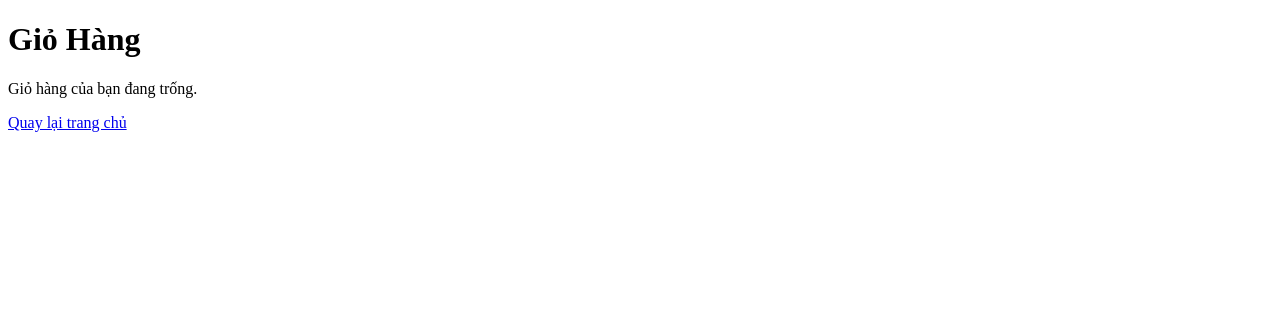
Repository: Thang871/web-thoi-trang
Page: http://localhost/cart
These files come from the project's save history. The page is drawn as it stood at one moment and after the next save; the edit follows.
The browser window is 1280 px wide. The pictures show the whole page.
The page is served by the project's application, run on Flask 3 (app.py).

Above is the page before, as saved 2024-12-02 07:52:41.

### templates/cart.html
<!DOCTYPE html>
<html lang="en">
<head>
    <meta charset="UTF-8">
    <meta name="viewport" content="width=device-width, initial-scale=1.0">
    <title>Giỏ Hàng</title>
    <style>
        .cart-item img {
            max-width: 100px;
            height: auto;
        }
        .cart-item {
            display: flex;
            justify-content: space-between;
            margin-bottom: 15px;
            padding: 10px;
            background: white;
            border-radius: 8px;
            box-shadow: 0 2px 10px rgba(0, 0, 0, 0.1);
        }
        .total {
            font-size: 1.4em;
            font-weight: bold;
            color: #e91e63;
        }
        .remove-btn {
            background-color: #f44336;
            color: white;
            padding: 5px 10px;
            border: none;
            border-radius: 5px;
            cursor: pointer;
        }
        .remove-btn:hover {
            background-color: #d32f2f;
        }
    </style>
</head>
<body>

    <h1>Giỏ Hàng</h1>

    {% if cart_items %}
        <div class="cart-container">
            {% for item in cart_items %}
                <div class="cart-item">
                    <img src="{{ url_for('static', filename='images/' + item['image']) }}" alt="{{ item['name'] }}">
                    <div>
                        <h3>{{ item['name'] }}</h3>
                        <p>{{ item['description'] }}</p>
                    </div>
                    <div>
                        <p class="price">{{ item['price'] }} VND</p>
                        <!-- Remove Button -->
                        <a href="{{ url_for('remove_from_cart', product_id=item['id']) }}" class="remove-btn">Xóa</a>
                    </div>
                </div>
            {% endfor %}
            <div class="total">
                Tổng cộng: {{ total_price }} VND
            </div>
        </div>
    {% else %}
        <p>Giỏ hàng của bạn đang trống.</p>
    {% endif %}

    <a href="{{ url_for('home') }}">Quay lại trang chủ</a>

</body>
</html>

### app.py
from flask import Flask, render_template, session, redirect, url_for

app = Flask(__name__)
app.secret_key = 'your_secret_key'  # Mã bí mật cho session

# Dữ liệu sản phẩm mẫu
products = [
    {'id': 1, 'name': 'Đầm Dạ Hội', 'description': 'Đầm phong cách tôi giản, form dáng theo phong cách Châu Âu.', 'price': 150000, 'image': 'dress.jpg'},
    {'id': 2, 'name': 'Aó Thun Unisex', 'description': 'Aó thun cao cấp với chất liệu cotton mềm mịn thoải mái.', 'price': 85000, 'image': 'tshirt.jpg'},
    {'id': 3, 'name': 'Quần Jeans', 'description': 'Quần Jeans cao cấp co giản 4 chiều cực đẹp.', 'price': 100000, 'image': 'jeans.jpg'}
]

@app.route('/')
def home():
    return render_template('products.html', products=products)

@app.route('/add_to_cart/<int:product_id>')
def add_to_cart(product_id):
    product = next((prod for prod in products if prod['id'] == product_id), None)
    if product:
        cart = session.get('cart', [])
        cart.append(product)
        session['cart'] = cart
    return redirect(url_for('home'))

@app.route('/cart')
def cart():
    cart_items = session.get('cart', [])
    total_price = sum(item['price'] for item in cart_items)
    return render_template('cart.html', cart_items=cart_items, total_price=total_price)

@app.route('/checkout')
def checkout():
    return render_template('checkout.html')

@app.route('/account')
def account():
    return render_template('account.html')

if __name__ == '__main__':
    app.run(debug=True, host='0.0.0.0', port=5000)

After the next save:
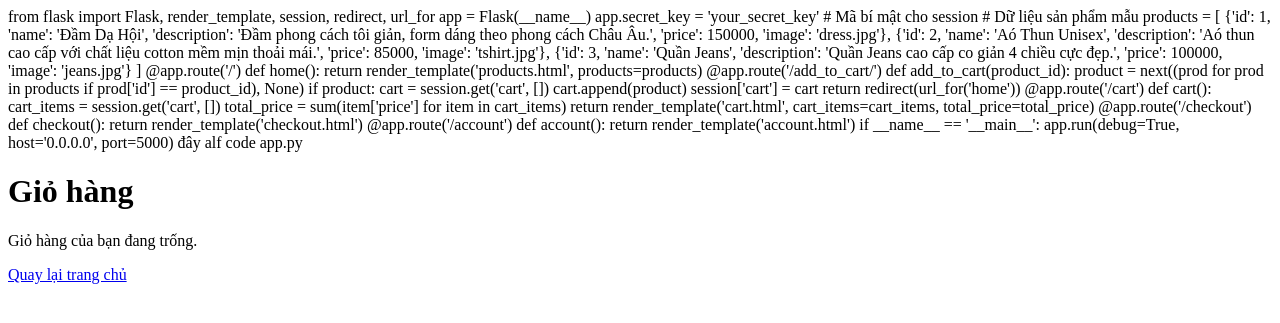
Saved 3 min 11 s later.
--- a/templates/cart.html
+++ b/templates/cart.html
@@ -1,3 +1,45 @@
+from flask import Flask, render_template, session, redirect, url_for
+
+app = Flask(__name__)
+app.secret_key = 'your_secret_key'  # Mã bí mật cho session
+
+# Dữ liệu sản phẩm mẫu
+products = [
+    {'id': 1, 'name': 'Đầm Dạ Hội', 'description': 'Đầm phong cách tôi giản, form dáng theo phong cách Châu Âu.', 'price': 150000, 'image': 'dress.jpg'},
+    {'id': 2, 'name': 'Aó Thun Unisex', 'description': 'Aó thun cao cấp với chất liệu cotton mềm mịn thoải mái.', 'price': 85000, 'image': 'tshirt.jpg'},
+    {'id': 3, 'name': 'Quần Jeans', 'description': 'Quần Jeans cao cấp co giản 4 chiều cực đẹp.', 'price': 100000, 'image': 'jeans.jpg'}
+]
+
+@app.route('/')
+def home():
+    return render_template('products.html', products=products)
+
+@app.route('/add_to_cart/<int:product_id>')
+def add_to_cart(product_id):
+    product = next((prod for prod in products if prod['id'] == product_id), None)
+    if product:
+        cart = session.get('cart', [])
+        cart.append(product)
+        session['cart'] = cart
+    return redirect(url_for('home'))
+
+@app.route('/cart')
+def cart():
+    cart_items = session.get('cart', [])
+    total_price = sum(item['price'] for item in cart_items)
+    return render_template('cart.html', cart_items=cart_items, total_price=total_price)
+
+@app.route('/checkout')
+def checkout():
+    return render_template('checkout.html')
+
+@app.route('/account')
+def account():
+    return render_template('account.html')
+
+if __name__ == '__main__':
+    app.run(debug=True, host='0.0.0.0', port=5000)
+đây alf code app.py
 <!DOCTYPE html>
 <html lang="en">
 <head>
@@ -21,50 +63,4 @@
         .total {
             font-size: 1.4em;
             font-weight: bold;
-            color: #e91e63;
-        }
-        .remove-btn {
-            background-color: #f44336;
-            color: white;
-            padding: 5px 10px;
-            border: none;
-            border-radius: 5px;
-            cursor: pointer;
-        }
-        .remove-btn:hover {
-            background-color: #d32f2f;
-        }
-    </style>
-</head>
-<body>
-
-    <h1>Giỏ Hàng</h1>
-
-    {% if cart_items %}
-        <div class="cart-container">
-            {% for item in cart_items %}
-                <div class="cart-item">
-                    <img src="{{ url_for('static', filename='images/' + item['image']) }}" alt="{{ item['name'] }}">
-                    <div>
-                        <h3>{{ item['name'] }}</h3>
-                        <p>{{ item['description'] }}</p>
-                    </div>
-                    <div>
-                        <p class="price">{{ item['price'] }} VND</p>
-                        <!-- Remove Button -->
-                        <a href="{{ url_for('remove_from_cart', product_id=item['id']) }}" class="remove-btn">Xóa</a>
-                    </div>
-                </div>
-            {% endfor %}
-            <div class="total">
-                Tổng cộng: {{ total_price }} VND
-            </div>
-        </div>
-    {% else %}
-        <p>Giỏ hàng của bạn đang trống.</p>
-    {% endif %}
-
-    <a href="{{ url_for('home') }}">Quay lại trang chủ</a>
-
-</body>
-</html>
+            color:#e91e63; } </style> </head> <body> <h1>Giỏ hàng</h1> {% if cart_items %} <div class="cart-container"> {% for item in cart_items %} <div class="cart-item"> <img src="{{ url_for('static', filename='images/' + item['image']) }}" alt="{{ item['name'] }}"> <div> <h3>{{ item['name'] }}</h3> <p>{{ item['description'] }}</p> </div> <div> <p class="price">{{ item['price'] }} VND</p> </div> </div> {% endfor %} <div class="total"> Tổng cộng: {{ total_price }} VND </div> </div> {% else %} <p>Giỏ hàng của bạn đang trống.</p> {% endif %} <a href="{{ url_for('home') }}">Quay lại trang chủ</a> </body> </html>
